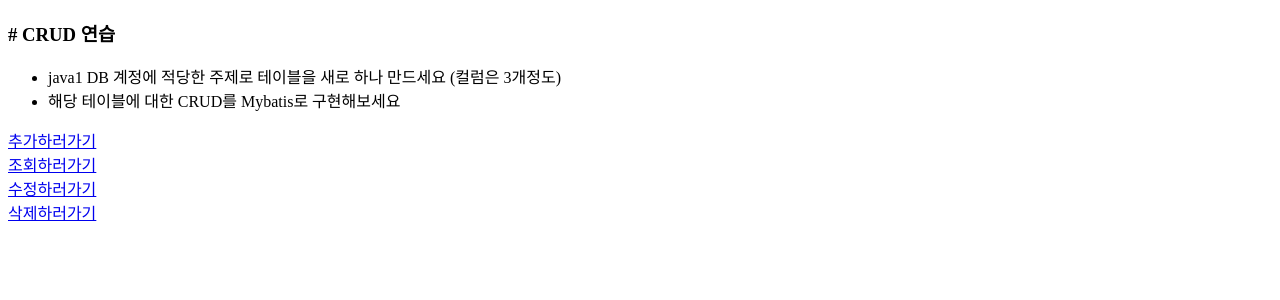
Repository: sirius455/spring-workspace
Page: http://localhost/Spring_DBConnection/WEB-INF/views/food/CRUD.jsp
The author's editor kept a copy of each file at every save. The page is drawn from the files as they stood at one save, then again after the next save.
The browser window is 1280 px wide. The pictures show the whole page.
The page is served by Tomcat 9. Nobody is signed in. Other server files are loaded and not shown. The template is opened directly, without the code that normally fills it, so the values that code supplies are empty.

Above is the page before, as saved 2021-08-02 04:59:10.

### Spring_DBConnection/src/main/webapp/WEB-INF/views/food/CRUD.jsp
<%@ page language="java" contentType="text/html; charset=EUC-KR"
    pageEncoding="EUC-KR"%>
<!DOCTYPE html>
<html>
<head>
<meta charset="EUC-KR">
<title>Insert title here</title>
</head>
<body>

	<h3># CRUD 연습</h3>
	<ul>
		<li>java1 DB 계정에 적당한 주제로 테이블을 새로 하나 만드세요 (컬럼은 3개정도)</li>
		<li>해당 테이블에 대한 CRUD를 Mybatis로 구현해보세요 </li>
	</ul>

<a href="./plus">추가하러가기 <br>
조회하러가기 <br>
수정하러가기 <br>
삭제하러가기 <br>

</body>
</html>

After the next save:
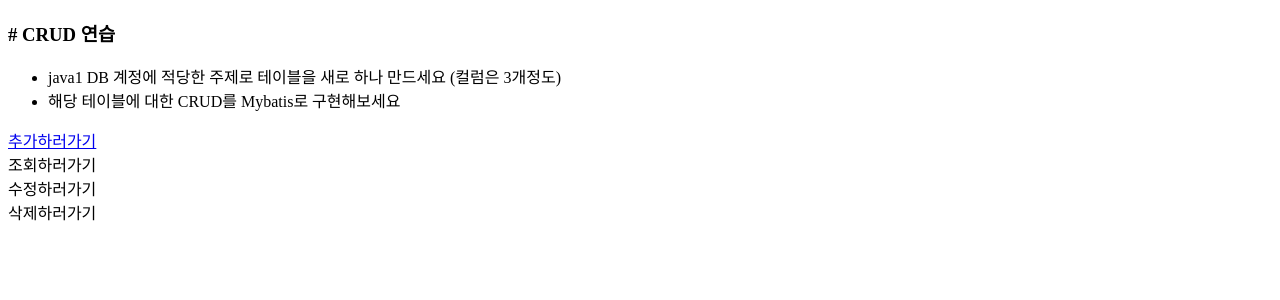
Saved 18 s later.
--- a/Spring_DBConnection/src/main/webapp/WEB-INF/views/food/CRUD.jsp
+++ b/Spring_DBConnection/src/main/webapp/WEB-INF/views/food/CRUD.jsp
@@ -14,7 +14,7 @@
 		<li>해당 테이블에 대한 CRUD를 Mybatis로 구현해보세요 </li>
 	</ul>
 
-<a href="./plus">추가하러가기 <br>
+<a href="./plus">추가하러가기<a> <br>
 조회하러가기 <br>
 수정하러가기 <br>
 삭제하러가기 <br>
